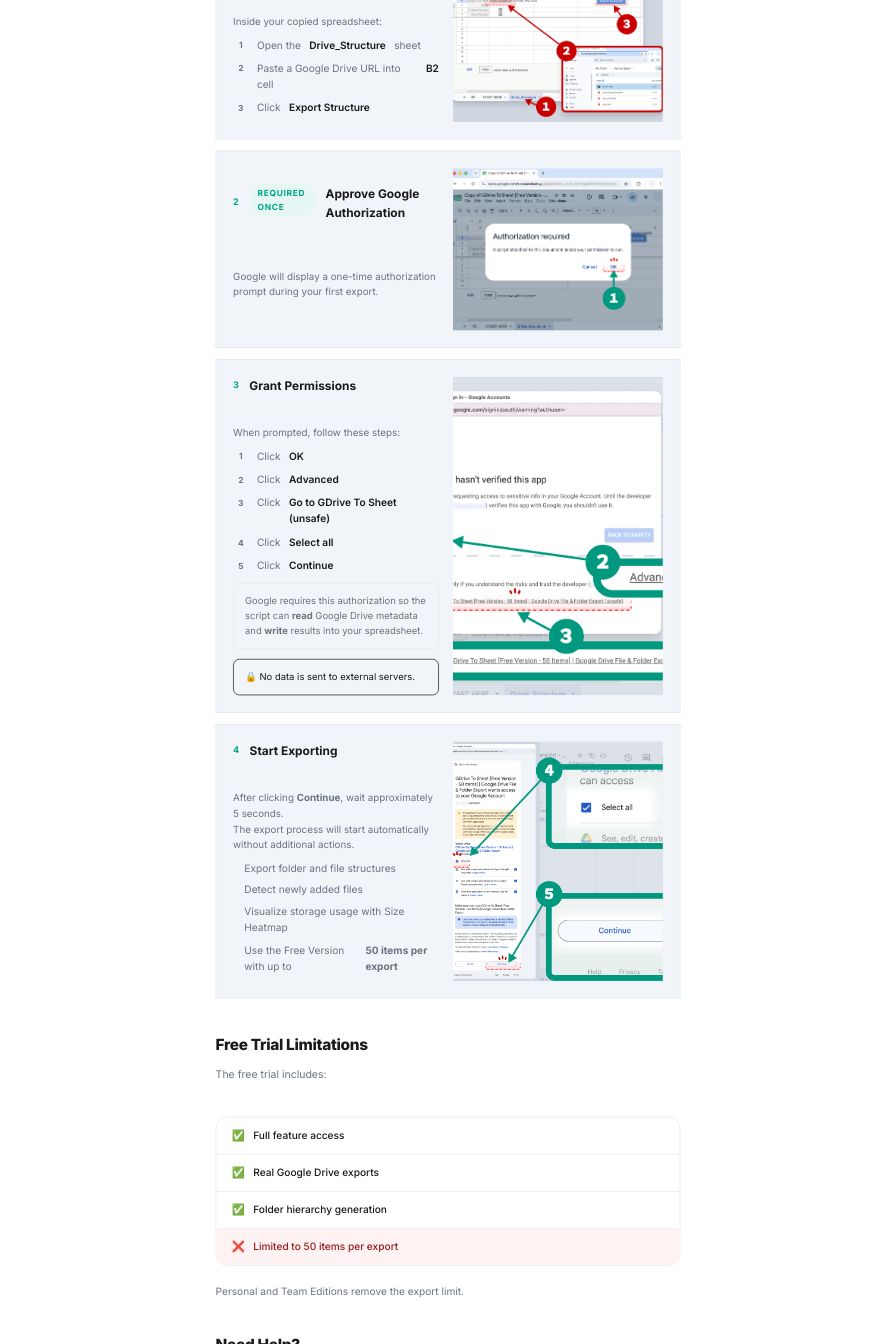
Repository: toishitool/gdrive-to-sheet
Page: free-thanks.html
An editor plug-in stored every save of this project. The page is shown before and after the next save, followed by the edit.
The browser window is 1280 px wide. The pictures show the part of the page from y = 1005 to 2925 px (the page is 4397 px tall before and 4467 px after), at 70% of full size.

Above is the page before, as saved 2026-06-23 08:19:00.

### free-thanks.html
<!DOCTYPE html>
<html lang="en" class="scroll-smooth">

<head>
  <meta charset="UTF-8" />
  <meta name="viewport" content="width=device-width, initial-scale=1.0" />
  <title>Thank You for Downloading – GDrive To Sheet</title>
  <meta name="description"
    content="Your free trial copy of GDrive To Sheet is ready. Follow the setup steps to get started." />
  <meta name="robots" content="noindex" />
  <link rel="preconnect" href="https://fonts.googleapis.com" />
  <link rel="preconnect" href="https://fonts.gstatic.com" crossorigin />
  <link href="https://fonts.googleapis.com/css2?family=Inter:wght@300;400;500;600;700;800&display=swap"
    rel="stylesheet" />
  <link rel="stylesheet" href="style.css" />
  <link href="https://fonts.googleapis.com/css2?family=Inter:wght@300;400;500;600;700;800&display=swap"
    rel="stylesheet" />

</head>

<body>

  <div id="header-container"></div>


  <main>

    <!-- HERO / CONFIRMATION -->
    <section class="hero">
      <div class="container">
        <div class="celebrate-icon">🎉</div>
        <h1>Thank You!</h1>
        <p class="sub">Your free trial copy of GDrive To Sheet should have opened in a new tab. If the spreadsheet did
          not open automatically, click the button below:</p>
        <a href="https://docs.google.com/spreadsheets/d/REPLACE_WITH_TEMPLATE_ID/copy"
          class="btn btn-secondary open-trial-btn">
          <svg width="16" height="16" fill="none" stroke="currentColor" stroke-width="2.5" viewBox="0 0 24 24">
            <path d="M18 13v6a2 2 0 0 1-2 2H5a2 2 0 0 1-2-2V8a2 2 0 0 1 2-2h6" />
            <polyline points="15 3 21 3 21 9" />
            <line x1="10" y1="14" x2="21" y2="3" />
          </svg>
          Open Free Trial Spreadsheet
        </a>
        <p class="open-note">Opens a copy directly in your own Google account.</p>
      </div>
    </section>

    <div class="page-wrap">
      <div class="container">

        <!-- Before You Start -->
        <div class="info-banner">
          <span class="icon">ℹ️</span>
          <p><strong>Before You Start:</strong> The Free Version allows you to export up to <strong>50 items per
              export</strong> so you can verify compatibility with your Google account and workflow before upgrading.
          </p>
        </div>

        <!-- First-Time Setup -->
        <div class="section">
          <span class="eyebrow">Required Once</span>
          <h2>First-Time Setup</h2>
          <p>Follow these steps the first time you use the spreadsheet. Google requires a one-time authorization before
            the first export.</p>
        </div>

        <!-- Step 1 -->
<div class="step-card" data-step="0">
  <div class="step-card-head">
    <div class="step-num">1</div>
    <h3>Open the Drive_Structure Sheet</h3>
  </div>
  <div class="step-image-wrapper" onclick="openModal(0)">
    <img src="images/allow01.png" alt="Step 1">
  </div>
  <div class="step-text-content">
    <p>Inside your copied spreadsheet:</p>
    <ol class="ordered-list">
      <li>Open the <strong>Drive_Structure</strong> sheet</li>
      <li>Paste a Google Drive URL into cell <strong>B2</strong></li>
      <li>Click <strong>Export Structure</strong></li>
    </ol>
  </div>
</div>

<div class="step-card" data-step="1">
  <div class="step-card-head">
    <div class="step-num">2</div><span class="eyebrow">Required Once</span>
    <h3>Approve Google Authorization</h3>
  </div>
  <div class="step-image-wrapper" onclick="openModal(1)">
    <img src="images/allow02.png" alt="Step 2">
  </div>
  <div class="step-text-content">
    <p>Google will display a one-time authorization prompt during your first export.</p>
  </div>
</div>

<div class="step-card" data-step="2">
  <div class="step-card-head">
    <div class="step-num">3</div>
    <h3>Grant Permissions</h3>
  </div>
  <div class="step-image-wrapper" onclick="openModal(2)">
    <img src="images/allow03.png" alt="Step 3">
  </div>
  <div class="step-text-content">
    <p>When prompted, follow these steps:</p>
    <ol class="ordered-list">
      <li>Click <strong>OK</strong></li>
      <li>Click <strong>Advanced</strong></li>
      <li>Click <strong>Go to GDrive To Sheet (unsafe)</strong></li>
      <li>Click <strong>Select all</strong></li>
      <li>Click <strong>Continue</strong></li>
    </ol>
    <div class="note-callout">
      Google requires this authorization so the script can <strong>read</strong> Google Drive metadata and <strong>write</strong> results into your spreadsheet.
    </div>
    <div class="note-callout privacy">
      🔒 No data is sent to external servers.
    </div>
  </div>
</div>

<div class="step-card" data-step="3">
  <div class="step-card-head">
    <div class="step-num">4</div>
    <h3>Start Exporting</h3>
  </div>
  <div class="step-image-wrapper" onclick="openModal(3)">
    <img src="images/allow04.png" alt="Step 4">
  </div>
  <div class="step-text-content">
    <p>After clicking <strong>Continue</strong>, wait approximately 5 seconds.</p>
    <p>The export process will start automatically without additional actions.</p>
    <ul class="bullet-list">
      <li>Export folder and file structures</li>
      <li>Detect newly added files</li>
      <li>Visualize storage usage with Size Heatmap</li>
      <li>Use the Free Version with up to <strong>50 items per export</strong></li>
    </ul>
  </div>
</div>

        <!-- Free Trial Limitations -->
        <div class="section" style="margin-top:48px;">
          <h2>Free Trial Limitations</h2>
          <p>The free trial includes:</p>
        </div>
        <div class="limit-table" style="margin-bottom:48px;">
          <div class="limit-row yes"><span class="li-icon">✅</span> Full feature access</div>
          <div class="limit-row yes"><span class="li-icon">✅</span> Real Google Drive exports</div>
          <div class="limit-row yes"><span class="li-icon">✅</span> Folder hierarchy generation</div>
          <div class="limit-row no"><span class="li-icon">❌</span> Limited to 50 items per export</div>
        </div>
        <p style="font-size:14.5px;color:var(--text-muted);margin-top:-24px;margin-bottom:48px;">Personal and Team
          Editions remove the export limit.</p>

        <!-- Need Help -->
        <div class="section">
          <h2>Need Help?</h2>
        </div>
        <div class="help-card" style="margin-bottom:56px;">
          <h3>📩 Contact Support</h3>
          <p>If you experience any issues during setup or authorization, please contact support and include:</p>
          <ul class="help-checklist">
            <li>Product edition (Free, Personal, Team)</li>
            <li>Error message text (if available)</li>
            <li>Relevant screenshots (if applicable)</li>
            <li>Google account type (Personal or Workspace)</li>
          </ul>
          <p style="margin-bottom:0;">We will be happy to help. <a href="mailto:toishitool@gmail.com"
              style="color:var(--green);font-weight:600;text-decoration:none;border-bottom:1px solid rgba(0,165,134,0.3);">contact@example.com</a>
          </p>
        </div>


      </div>
    </div>

  </main>

  <section class="upsell reveal" aria-labelledby="upsell-heading">
    <div class="container">
      <div class="upsell-inner">
        <span class="eyebrow">Need More?</span>
        <h2 id="upsell-heading">Need unlimited exports?</h2>

        <div class="upsell-card">
          <div class="upsell-card-header">
            <span class="upsell-name">Personal Edition</span>
            <span class="upsell-badge">Most Popular</span>
          </div>
          <div class="upsell-price">
            <span class="now">$29</span>
            <span class="was">$49</span>
          </div>
          <div class="upsell-launch">🎉 Launch price — save $20</div>
          <div class="upsell-divider"></div>
          <ul class="price-features">
            <li>
              <svg width="15" height="15" fill="none" stroke="var(--primary)" stroke-width="2.5" viewBox="0 0 24 24">
                <polyline points="20 6 9 17 4 12" />
              </svg>
              <span><strong>Unlimited exports</strong></span>
            </li>
            <li>
              <svg width="15" height="15" fill="none" stroke="var(--primary)" stroke-width="2.5" viewBox="0 0 24 24">
                <polyline points="20 6 9 17 4 12" />
              </svg>
              <span>All core features included</span>
            </li>
            <li>
              <svg width="15" height="15" fill="none" stroke="var(--primary)" stroke-width="2.5" viewBox="0 0 24 24">
                <polyline points="20 6 9 17 4 12" />
              </svg>
              <span>Auto-resume processing</span>
            </li>
            <li>
              <svg width="15" height="15" fill="none" stroke="var(--primary)" stroke-width="2.5" viewBox="0 0 24 24">
                <polyline points="20 6 9 17 4 12" />
              </svg>
              <span>Tested on datasets with 50,000+ items</span>
            </li>
            <li>
              <svg width="15" height="15" fill="none" stroke="var(--primary)" stroke-width="2.5" viewBox="0 0 24 24">
                <polyline points="20 6 9 17 4 12" />
              </svg>
              <span>Single-user license — 1 user only</span>
            </li>
            <li>
              <svg width="15" height="15" fill="none" stroke="var(--primary)" stroke-width="2.5" viewBox="0 0 24 24">
                <polyline points="20 6 9 17 4 12" />
              </svg>
              <span><strong>Lifetime license — one-time purchase</strong></span>
            </li>

          </ul>
          <a href="personal-edition.html" class="btn btn-primary upsell-btn">Upgrade to Personal</a>
        </div>
      </div>
    </div>
  </section>

  <div id="footer-container"></div>
  <script src="js/common.js"></script>

<!-- ステップ詳細モーダル -->
<div id="step-modal" style="display: none;" class="modal-overlay" onclick="if (event.target === this) closeModal();">
  <div class="modal-content">

    <!-- 右上の閉じるボタン -->
    <span class="close-btn" onclick="closeModal()" role="button" tabindex="0" aria-label="閉じる">&times;</span>

    <!-- 左右のナビゲーションボタン -->
    <button class="nav-btn prev-btn" onclick="navigateStep(-1)" aria-label="前のステップ">&lsaquo;</button>
    <button class="nav-btn next-btn" onclick="navigateStep(1)" aria-label="次のステップ">&rsaquo;</button>

    <!-- 画像 -->
    <img id="modal-img" src="" alt="">

    <!-- 見出し＋補足文言（縦積み） -->
    <div class="modal-text-area">
      <h3 id="modal-title"></h3>
      <p id="modal-body"></p>
    </div>

  </div>
</div>


</body>

</html>

### header.html
<nav aria-label="Main navigation">
  <div class="nav-inner">
    <a href="index.html" class="nav-logo">
      <img src="images/logo_gdrivetosheet.png" alt="GDrive To Sheet" />
    </a>
    <a href="index.html" class="nav-back hover-underline">
      <svg width="14" height="14" fill="none" stroke="currentColor" stroke-width="2.5" viewBox="0 0 24 24"><polyline points="15 18 9 12 15 6"/></svg>
      Back to Home
    </a>
  </div>
</nav>

### footer.html
<footer role="contentinfo" class="footer">
  <div class="container">
    <div class="footer-inner">
      <a href="index.html" class="footer-logo">
        <img src="images/logo_gdrivetosheet_dk.png" alt="GDrive To Sheet Home" />
      </a>

      <div class="footer-links">
        <a href="privacy-policy.html">Privacy Policy</a>
        <a href="terms.html">Terms of Use</a>
        <a href="license.html">License Terms</a>
        <a href="refund-policy.html">Refund Policy</a>
        <a href="contact.html">Contact</a>
        <a href="support.html">Support &amp; FAQ</a>
      </div>

      <div class="footer-bottom-text">
        <span class="footer-copy">Independent software by ToishiTool</span>
        <span class="footer-copy">
          © <span id="year"></span> ToishiTool. All rights reserved.
        </span>

        <script>
          document.getElementById("year").textContent =
            new Date().getFullYear();
        </script>
      </div>
    </div>
  </div>
</footer>

Loaded but not shown: js/common.js (83 lines, source omitted); style.css (3272 lines, source omitted)

After the next save:
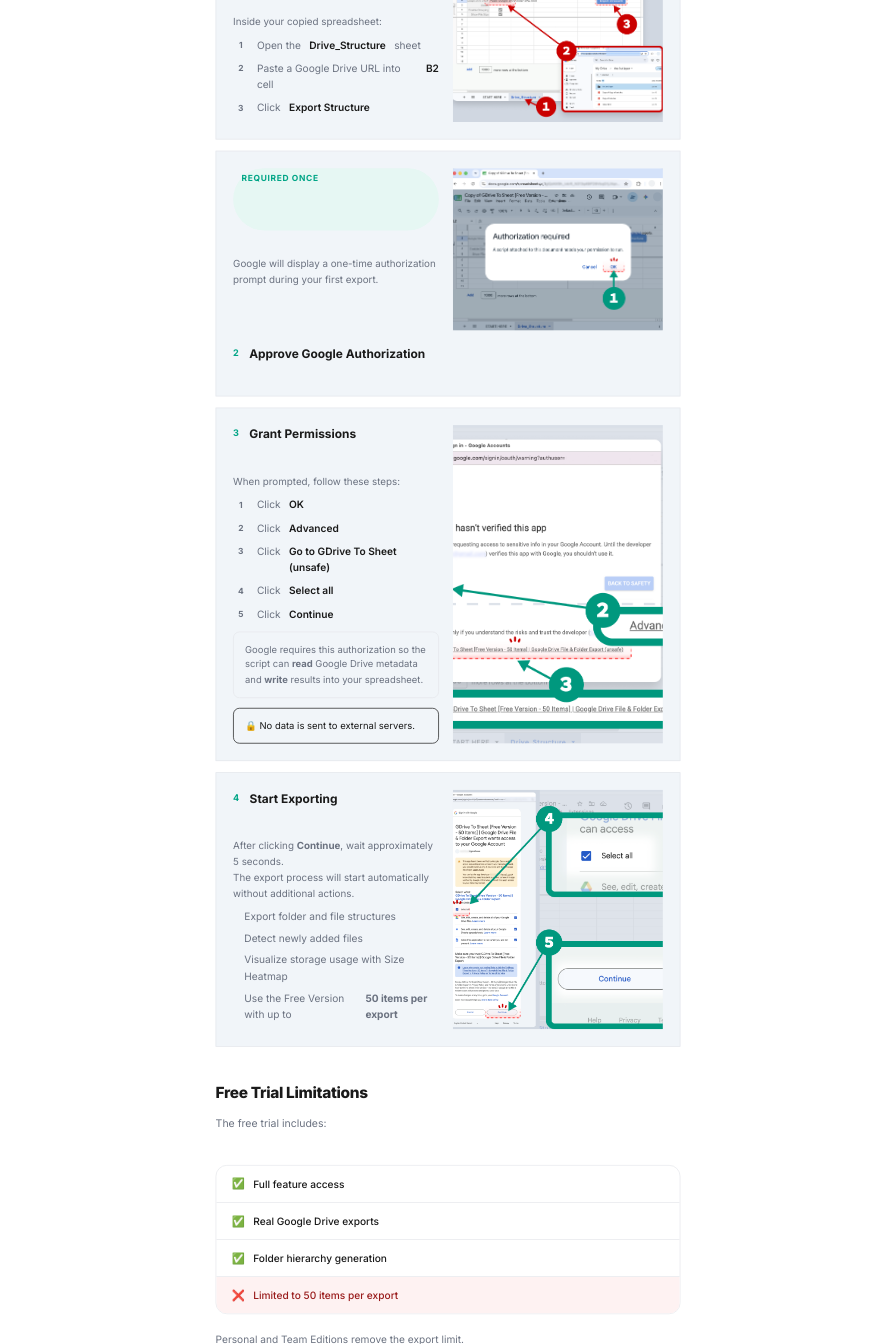
Saved 19 s later.
--- a/free-thanks.html
+++ b/free-thanks.html
@@ -84,8 +84,8 @@
 </div>
 
 <div class="step-card" data-step="1">
-  <div class="step-card-head">
-    <div class="step-num">2</div><span class="eyebrow">Required Once</span>
+ <span class="eyebrow">Required Once</span> <div class="step-card-head">
+    <div class="step-num">2</div>
     <h3>Approve Google Authorization</h3>
   </div>
   <div class="step-image-wrapper" onclick="openModal(1)">

After the 2 saves that followed:
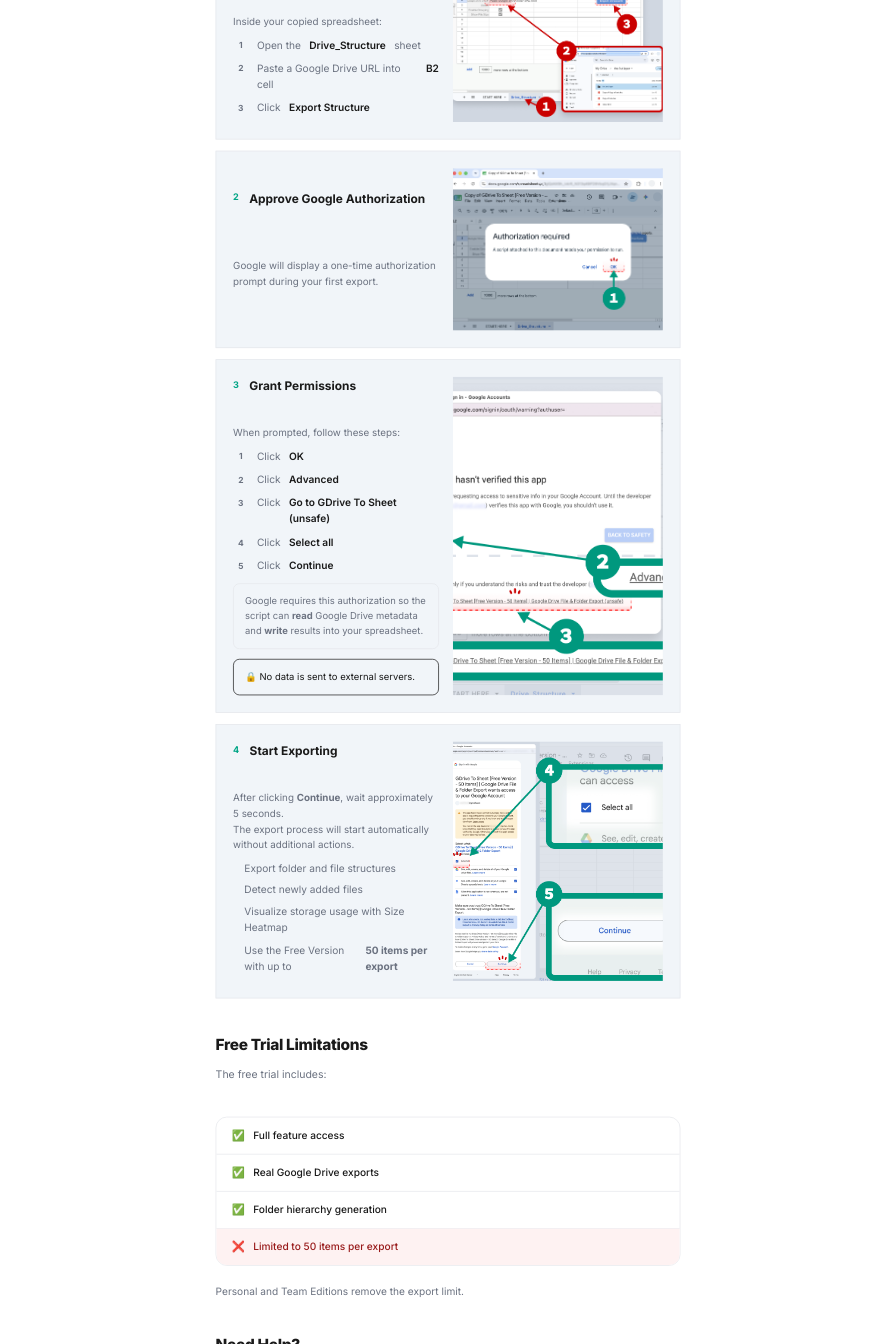
The 2 saves are shown as one change because 1 left the picture as it was.
The last was saved 37 s later.
--- a/free-thanks.html
+++ b/free-thanks.html
@@ -84,7 +84,7 @@
 </div>
 
 <div class="step-card" data-step="1">
- <span class="eyebrow">Required Once</span> <div class="step-card-head">
+  <div class="step-card-head">
     <div class="step-num">2</div>
     <h3>Approve Google Authorization</h3>
   </div>
